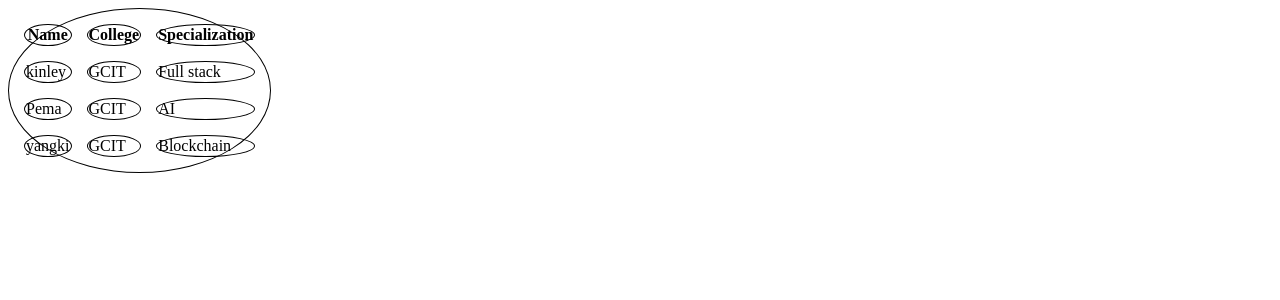
Repository: Pema-yangki/Css
Page: fed.html
These files come from the project's save history. The page is drawn as it stood at one moment and after a run of saves; the edit follows.
The browser window is 1280 px wide. The pictures show the whole page.

Above is the page before, as saved 2024-03-15 14:45:03.

### fed.html
<!DOCTYPE html>
<html lang="en">
<head>
    <meta charset="UTF-8">
    <meta name="viewport" content="width=device-width, initial-scale=1.0">
    <title>Document</title>
    <!-- <style>
        h1[name="greetings"]{
            color: brown;
        }
        h1[name ="king"]{
            color:aqua
        }
        h1[name="okay"]{
            color:blueviolet
        }
    </style> -->
    <style>
        table{
            border: 1px solid black;
            /* border-collapse: separate; */
            border-spacing: 15px;
            border-radius: 10px;
        }

        table, th, td{
            border: 1px solid black;
            /* border-collapse: collapse; */
            border-radius:50%;
        }
    </style>
</head>
<body>
   <!-- <h1 name = "greetings">hello</h1>
   <h1 name = "king" >hi</h1>
   <h1 name = "okay">bye</h1> -->
   <table>
    <tr>
        <th>Name</th>
        <th>College</th>
        <th>Specialization</th>
    </tr>
    <tr>
        <td>kinley</td>
        <td >GCIT</td>
        <td>Full stack</td>
    </tr>
    <tr>
        <td>Pema</td>
        <td>GCIT</td>
        <td>AI</td>
    </tr>
    <tr>
        <td>yangki</td>
        <td>GCIT</td>
        <td>Blockchain</td>
    </tr>

   </table>

</body>
</html>

After the next 5 saves:
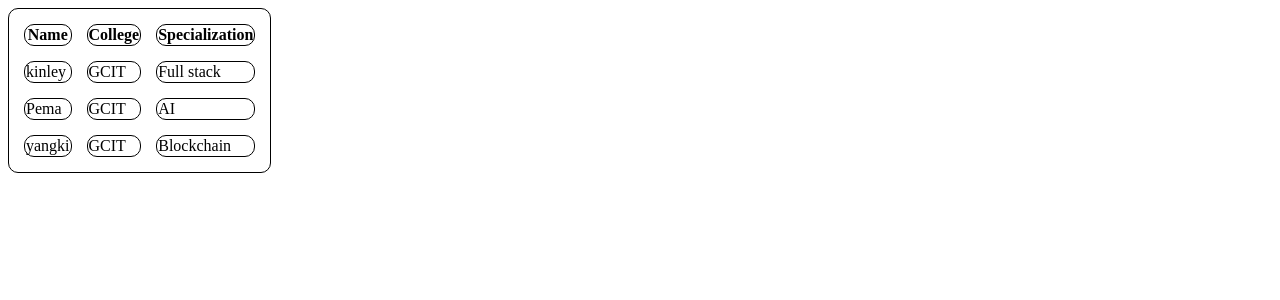
The 5 saves are shown as one change because they came seconds apart.
The last was saved 41 s later.
--- a/fed.html
+++ b/fed.html
@@ -26,7 +26,7 @@
         table, th, td{
             border: 1px solid black;
             /* border-collapse: collapse; */
-            border-radius:50%;
+            border-radius:10px;
         }
     </style>
 </head>
